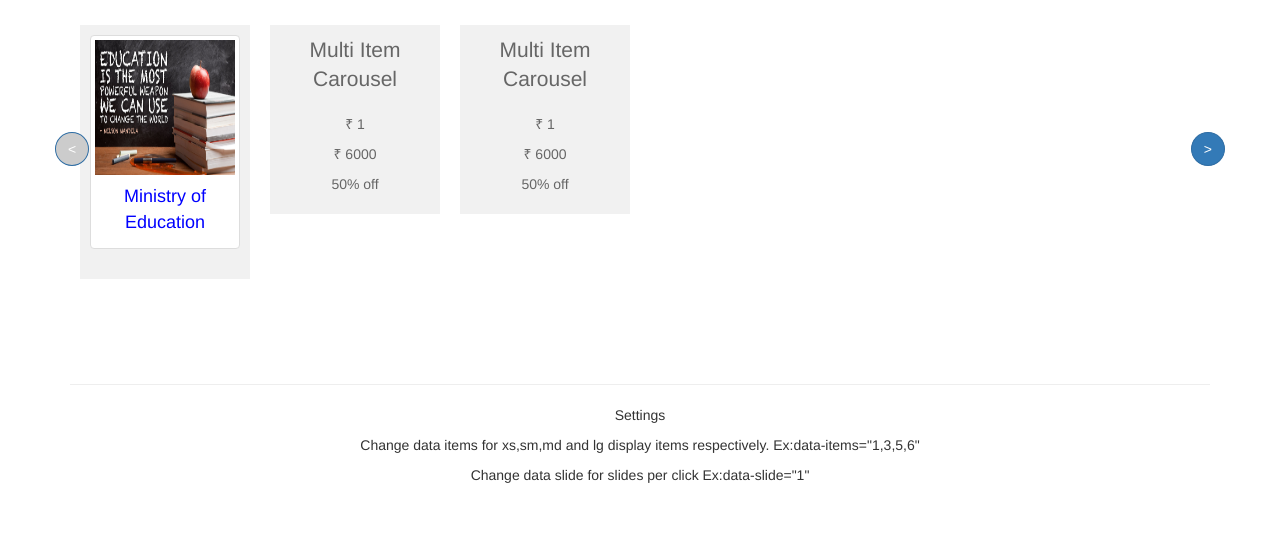
Repository: isranivishal/TsecCodestorm
Page: slider.html
An editor plug-in stored every save of this project. The page is shown before and after the next save, followed by the edit.
The browser window is 1280 px wide. The pictures show the whole page.
Some web libraries are served in a nearby version.

Above is the page before, as saved 2018-09-21 17:35:05.

After the next save:
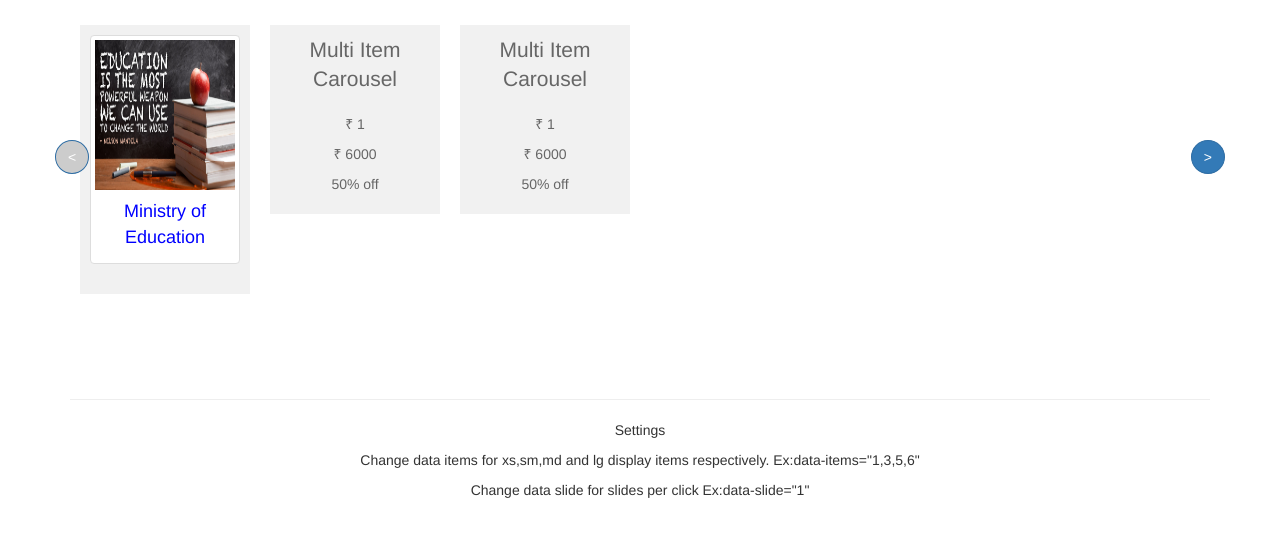
Saved 66 min 42 s later.
--- a/slider.html
+++ b/slider.html
@@ -143,7 +143,7 @@
                                     <div class="pad15">
                                         <div class="thumbnail">
                                             <a href="california.jpg">
-                                                <img src="education.jpg" alt="California" style="width:100%;height:135px;">
+                                                <img src="education.jpg" alt="California" style="width:100%;height:150px;">
                                                     <div class="caption">
                                                         <a href="california.html" style="color:blue; font-size:18px">Ministry of Education</a>
                                                     </div>
